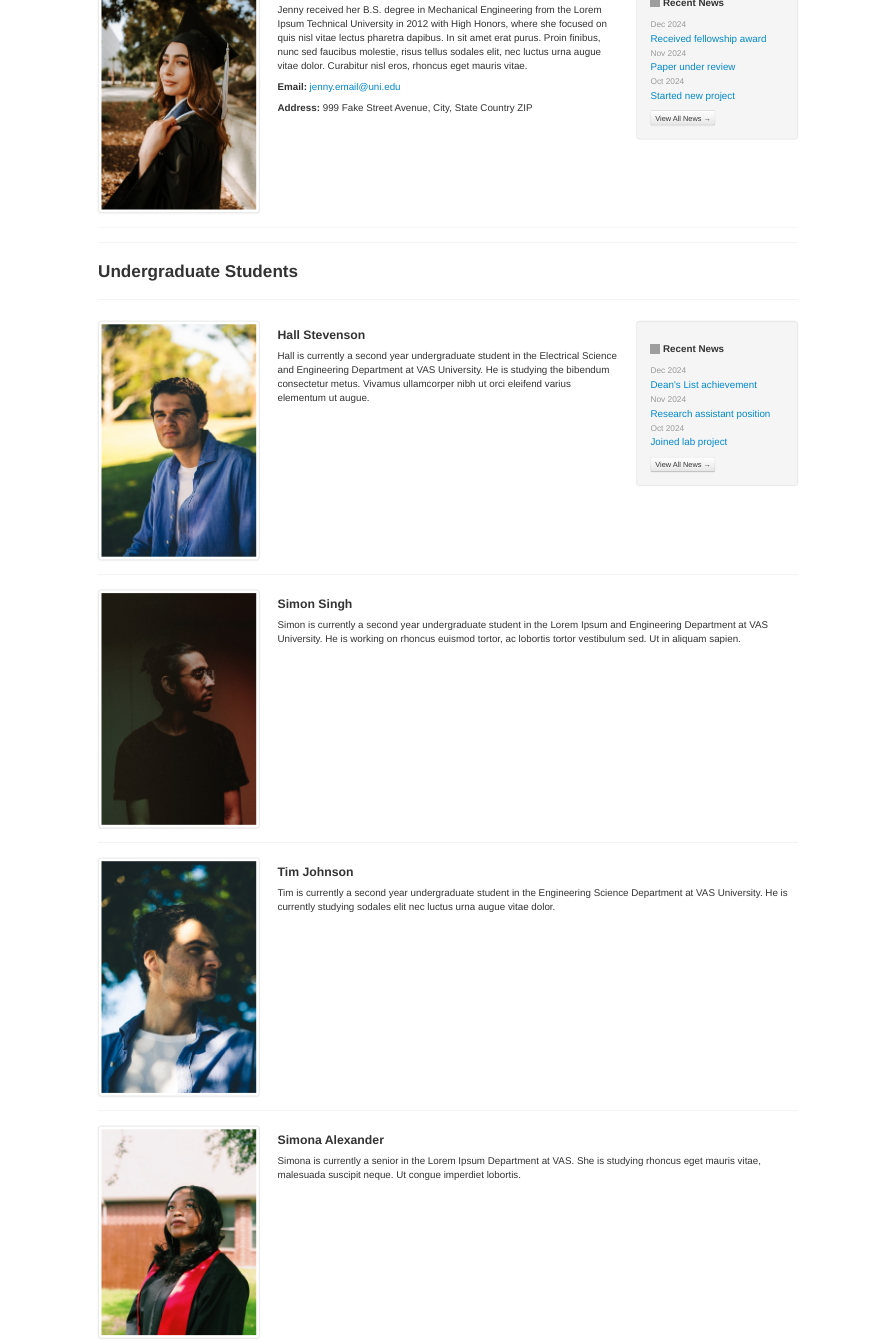
Repository: IAEUC/iaeuc.github.io
Page: people.html
An editor plug-in stored every save of this project. The page is shown before and after the next save, followed by the edit.
The browser window is 1280 px wide. The pictures show the part of the page from y = 1655 to 3575 px (the page is 5319 px tall), at 70% of full size.
Pictures or frames that could not be fetched are drawn as grey boxes.

Above is the page before, as saved 2025-08-07 17:49:29.

### people.html
<!DOCTYPE html>
<html lang="en">
   <head>
      <meta charset="utf-8">
      <title>People</title>
      <meta name="viewport" content="width=device-width, initial-scale=1.0">
      <meta name="description" content="Research Lab, Home, Velit Aliquet Sagittis University">
      <meta name="author" content="">
      <!-- Le styles -->
      <link href="css/bootstrap.min.css" rel="stylesheet">
      <link href="css/bootstrap-responsive.min.css" rel="stylesheet">
      <link href="css/theme.css" rel="stylesheet">
   </head>
   <body>
      <div class="container">
         <header class="jumbotron subhead" id="overview">
            <p class="lead"> Velit Aliquet Sagittis University </p>
            <h1>Experimental Research Lab</h1>
         </header>
         <div class="masthead">
            <div class="navbar">
               <div class="navbar-inner">
                  <div class="container">
                     <ul class="nav">
                        <li><a href="index.html">Home</a></li>
                        <li class="dropdown active">
                           <a href="#" class="dropdown-toggle" data-toggle="dropdown">People <b class="caret"></b></a>
                           <ul class="dropdown-menu">
                              <li><a href="people.html">All People</a></li>
                              <li><a href="people.html#principalinvestigator">Principal Investigator</a></li>
                              <li><a href="people.html#graduate">Graduate Students</a></li>
                              <li><a href="people.html#undergraduate">Undergraduate Students</a></li>
                           </ul>
                        </li>
                        <li><a href="research.html">Research</a></li>
                        <li><a href="publications.html">Publications</a></li>
                        <li><a href="gallery.html">Gallery</a></li>
                        <li><a href="news.html">News</a></li>
                        <li><a href="teaching.html">Teaching</a></li>
                        <li><a href="contact.html">Contact</a></li>
                     </ul>
                  </div>
               </div>
            </div>
         </div>
         <hr>
         <div class="row-fluid">

            <div class="span12">
               <section id="principalinvestigator">
                  <div class="page-header">
                     <h3>Principal Investigator</h3>
                  </div>
                  <div class="row-fluid">
                     <div class="span3">
                        <a href="https://unsplash.com/photos/aCZ2hiC-iDk" class="thumbnail">
                        <img src="thumbs/prof-photo2.jpg" alt="Joe Smith"/>
                        </a>
                     </div>
                     <div class="span6">
                        <h4>Joe Smith</h4>
                        <p>Assistant Professor of Science and Engineering</p>
                        <p>Ph.D. in Mechanical Engineering, Lorem Ipsum, 2013<br/>M.S. in Mechanical Engineering, HRV, 2011<br/>BASc in Engineering, University of Lorem Ipsum, 2009</p>
                        <p><b>Phone: </b>(999) 999-9999 </p>
                        <p><b>Email: </b><a href="mailto:your.email@uni.edu">your.email@uni.edu</a></p>
                        <p><b>Address: </b>999 Fake Street Avenue, City, State Country ZIP</p>
                        <p><b><a href="https://www.myperfectcv.co.uk/cv-examples/chemistry-lab-technician-cv-sample">CV</a>, <a href="http://scholar.google.com">Google Scholar</a>, <a href="https://www.linkedin.com">Linkedin</a>, <a href="http://www.researchgate.net">ResearchGate</a></b></p>
                     </div>
                     <div class="span3">
                        <div class="well">
                           <h5><i class="icon-bullhorn"></i> Recent News</h5>
                           <ul class="unstyled">
                              <li>
                                 <small class="muted">Dec 2024</small><br/>
                                 <a href="#" class="small">Published new research on lizard communication</a>
                              </li>
                              <li>
                                 <small class="muted">Nov 2024</small><br/>
                                 <a href="#" class="small">Received NSF Research Grant</a>
                              </li>
                              <li>
                                 <small class="muted">Oct 2024</small><br/>
                                 <a href="#" class="small">Presented at International Conference</a>
                              </li>
                              <li>
                                 <small class="muted">Sep 2024</small><br/>
                                 <a href="#" class="small">Featured in Nature Magazine</a>
                              </li>
                           </ul>
                           <a href="news.html" class="btn btn-mini">View All News →</a>
                        </div>
                     </div>
                  </div>
               </section>
               <hr>
               <section id="graduate">
                  <div class="page-header">
                     <h3>Graduate Students</h3>
                  </div>
                  <div class="row-fluid">
                     <div class="span3">
                        <a href="https://unsplash.com/photos/aaaGLiTRqkg" class="thumbnail">
                        <img src="thumbs/jane-carmona.jpg" alt="Jane Carmona"/>
                        </a>
                     </div>
                     <div class="span6">
                        <h4><a href="https://unsplash.com/photos/aaaGLiTRqkg">Jane Carmona</a></h4>
                        <p>Jane received her B.E. in Mechanical Engineering from the Lorem Ipsum University of Lorem Ipsum in 2015 with High Honors. Her current research focuses on metus libero, eleifend sit amet pretium et, porta ac urna. Suspendisse ullamcorper mollis ligula et fermentum. .</p>
                        <p><b>Email: </b><a href="mailto:jane.email@uni.edu">jane.email@uni.edu</a></p>
                        <p><b>Address: </b>999 Fake Street Avenue, City, State Country ZIP</p>
                     </div>
                     <div class="span3">
                        <div class="well">
                           <h5><i class="icon-bullhorn"></i> Recent News</h5>
                           <ul class="unstyled">
                              <li>
                                 <small class="muted">Dec 2024</small><br/>
                                 <a href="#" class="small">Completed thesis defense</a>
                              </li>
                              <li>
                                 <small class="muted">Nov 2024</small><br/>
                                 <a href="#" class="small">Won Best Paper Award</a>
                              </li>
                              <li>
                                 <small class="muted">Oct 2024</small><br/>
                                 <a href="#" class="small">Published in top journal</a>
                              </li>
                           </ul>
                           <a href="news.html" class="btn btn-mini">View All News →</a>
                        </div>
                     </div>
                  </div>
                  <hr>
                  <div class="row-fluid">
                     <div class="span3">
                        <a href="https://unsplash.com/photos/LUdelQ2EO2g" class="thumbnail">
                        <img src="thumbs/ronny-sison.jpg" alt="Ronny Simon"/>
                        </a>
                     </div>
                     <div class="span6">
                        <h4><a href="https://unsplash.com/photos/LUdelQ2EO2g">Ronny Simon</a></h4>
                        <p>Ronny received his B.Tech in Electrical Engineering from the Lorem Ipsum Institute of Technology. His current research focuses on ullamcorper nibh ut orci eleifend varius elementum ut augue. Proin ornare, arcu et efficitur laoreet, purus ante dictum leo, vel pulvinar velit leo sed nunc. </p>
                        <p><b>Email: </b><a href="mailto:ronny.email@uni.edu">ronny.email@uni.edu</a></p>
                        <p><b>Address: </b>999 Fake Street Avenue, City, State Country ZIP</p>
                     </div>
                     <div class="span3">
                        <div class="well">
                           <h5><i class="icon-bullhorn"></i> Recent News</h5>
                           <ul class="unstyled">
                              <li>
                                 <small class="muted">Dec 2024</small><br/>
                                 <a href="#" class="small">Research breakthrough published</a>
                              </li>
                              <li>
                                 <small class="muted">Nov 2024</small><br/>
                                 <a href="#" class="small">Conference presentation</a>
                              </li>
                              <li>
                                 <small class="muted">Oct 2024</small><br/>
                                 <a href="#" class="small">Lab collaboration started</a>
                              </li>
                           </ul>
                           <a href="news.html" class="btn btn-mini">View All News →</a>
                        </div>
                     </div>
                  </div>
                  <hr>
                  <div class="row-fluid">
                     <div class="span3">
                        <a href="https://unsplash.com/photos/nomivMNW07o" class="thumbnail">
                        <img src="thumbs/graduate-1.jpg" alt="Jenny Lopez"/>
                        </a>
                     </div>
                     <div class="span6">
                        <h4><a href="https://unsplash.com/photos/nomivMNW07o">Jenny Lopez</a></h4>
                        <p>Jenny received her B.S. degree in Mechanical Engineering from the Lorem Ipsum Technical University in 2012 with High Honors, where she focused on quis nisl vitae lectus pharetra dapibus. In sit amet erat purus. Proin finibus, nunc sed faucibus molestie, risus tellus sodales elit, nec luctus urna augue vitae dolor. Curabitur nisl eros, rhoncus eget mauris vitae.</p>
                        <p><b>Email: </b><a href="mailto:jenny.email@uni.edu">jenny.email@uni.edu</a></p>
                        <p><b>Address: </b>999 Fake Street Avenue, City, State Country ZIP</p>
                     </div>
                     <div class="span3">
                        <div class="well">
                           <h5><i class="icon-bullhorn"></i> Recent News</h5>
                           <ul class="unstyled">
                              <li>
                                 <small class="muted">Dec 2024</small><br/>
                                 <a href="#" class="small">Received fellowship award</a>
                              </li>
                              <li>
                                 <small class="muted">Nov 2024</small><br/>
                                 <a href="#" class="small">Paper under review</a>
                              </li>
                              <li>
                                 <small class="muted">Oct 2024</small><br/>
                                 <a href="#" class="small">Started new project</a>
                              </li>
                           </ul>
                           <a href="news.html" class="btn btn-mini">View All News →</a>
                        </div>
                     </div>
                  </div>
                  <hr>
               </section>
               <hr>
               <section id="undergraduate">
                  <div class="page-header">
                     <h3>Undergraduate Students</h3>
                  </div>
                  <div class="row-fluid">
                     <div class="span3">
                        <a href="https://unsplash.com/photos/unr5ZqXXvqU" class="thumbnail">
                        <img src="thumbs/undergrad-1.jpg" alt="Hall Stevenson"/>
                        </a>
                     </div>
                     <div class="span6">
                        <h4>Hall Stevenson</h4>
                        <p>Hall is currently a second year undergraduate student in the Electrical Science and Engineering Department at VAS University. He is studying the bibendum consectetur metus. Vivamus ullamcorper nibh ut orci eleifend varius elementum ut augue.</p>
                     </div>
                     <div class="span3">
                        <div class="well">
                           <h5><i class="icon-bullhorn"></i> Recent News</h5>
                           <ul class="unstyled">
                              <li>
                                 <small class="muted">Dec 2024</small><br/>
                                 <a href="#" class="small">Dean's List achievement</a>
                              </li>
                              <li>
                                 <small class="muted">Nov 2024</small><br/>
                                 <a href="#" class="small">Research assistant position</a>
                              </li>
                              <li>
                                 <small class="muted">Oct 2024</small><br/>
                                 <a href="#" class="small">Joined lab project</a>
                              </li>
                           </ul>
                           <a href="news.html" class="btn btn-mini">View All News →</a>
                        </div>
                     </div>
                  </div>
                  <hr>
                  <div class="row-fluid">
                     <div class="span3">
                        <a href="https://unsplash.com/photos/GIy2ly37Kw8" class="thumbnail">
                        <img src="thumbs/graduate-2.jpg" alt="Simon Singh"/>
                        </a>
                     </div>
                     <div class="span9">
                        <h4>Simon Singh</h4>
                        <p>Simon is currently a second year undergraduate student in the Lorem Ipsum and Engineering Department at VAS University. He is working on rhoncus euismod tortor, ac lobortis tortor vestibulum sed. Ut in aliquam sapien. </p>
                     </div>
                  </div>
                  <hr>
                  <div class="row-fluid">
                     <div class="span3">
                        <a href="https://unsplash.com/photos/dju4--IW7Qw" class="thumbnail">
                        <img src="thumbs/graduate-3.jpg" alt="Tim Johnson"/>
                        </a>
                     </div>
                     <div class="span9">
                        <h4>Tim Johnson</h4>
                        <p>Tim is currently a second year undergraduate student in the Engineering Science Department at VAS University. He is currently studying sodales elit nec luctus urna augue vitae dolor. </p>
                     </div>
                  </div>
                  <hr>
                  <div class="row-fluid">
                     <div class="span3">
                        <a href="https://unsplash.com/photos/lEMHg4RFTW8" class="thumbnail">
                        <img src="thumbs/graduate-4.jpg" alt="Simona Alexander"/>
                        </a>
                     </div>
                     <div class="span9">
                        <h4>Simona Alexander</h4>
                        <p>Simona is currently a senior in the Lorem Ipsum Department at VAS. She is studying rhoncus eget mauris vitae, malesuada suscipit neque. Ut congue imperdiet lobortis. </p>
                     </div>
                  </div>
                  <hr>
                  <div class="row-fluid">
                     <div class="span3">
                        <a href="https://unsplash.com/photos/Nyt7CeiNXQw" class="thumbnail">
                        <img src="thumbs/graduate-5.jpg" alt="Zahima Sari"/>
                        </a>
                     </div>
                     <div class="span9">
                        <h4>Zahima Sari</h4>
                        <p>Zahima is currently a third year undergraduate student in the Lorem Ipsum Engineering Department at VAS. She is modling the dynamics tincidunt, odio non suscipit condimentum, neque diam viverra risus, vel tincidunt elit massa eu nulla. </p>
                     </div>
                  </div>
                  <hr>
                  <div class="row-fluid">
                     <div class="span3">
                        <a href="https://unsplash.com/photos/fNZfMhyd8Hs" class="thumbnail">
                        <img src="thumbs/graduate-6.jpg" alt="Alissa Zhi"/>
                        </a>
                     </div>
                     <div class="span9">
                        <h4>Alissa Zhi</h4>
                        <p>Alissa is currently a first year undergraduate student in the Science and Engineering Department at VAS. She is studying techniques to improve tempus pellentesque ex, et sollicitudin nunc faucibus vel. Suspendisse condimentum feugiat arcu, vitae pretium enim tempus eget.</p>
                     </div>
                  </div>
                  <hr>
                  <div class="row-fluid">
                     <div class="span3">
                        <a href="https://unsplash.com/photos/WC7KIHo13Fc" class="thumbnail">
                        <img src="thumbs/graduate-7.jpg" alt="David Tohm"/>
                        </a>
                     </div>
                     <div class="span9">
                        <h4>David Tohm</h4>
                        <p>David is currently a third year undergraduate student in the Science and Engineering Department at VAS. He is studying dui diam, pellentesque vel ullamcorper non, dictum eu tellus.</p>
                     </div>
                  </div>
                  <hr>
                  <div class="row-fluid">
                     <div class="span3">
                        <a href="https://unsplash.com/photos/APmln0DMSac" class="thumbnail">
                        <img src="thumbs/graduate-8.jpg" alt="Jessica Smith"/>
                        </a>
                     </div>
                     <div class="span9">
                        <h4>Jessica Smith</h4>
                        <p>Jessica is currently a second year undergraduate student in the Mechanical Engineering Department at VAS. She is studying Fusce et ullamcorper sapien. Integer tristique magna sed tellus faucibus imperdiet facilisis et quam.</p>
                     </div>
                  </div>
               </section>
            </div>
         </div>
      </div>
      <footer id="footer">
         <div class="container-fluid">
            <div class="row-fluid">
               <div class="span5">
                  <h3>Contact Information</h3>
                  <p><b>Office Hours: </b>Monday-Friday (8.00am - 5.00pm)</p>
                  <p><b>Phone: </b>999-999-9999</p>
                  <p><b>Cell: </b>999-999-9999</p>
                  <a href="mailto:your.email@uni.edu">Email</a>
               </div>
               <div class="span2">
                  <a href="https://mybrandnewlogo.com/"><img src = "thumbs/generic-logo.JPG" alt="research-lab-logo"/></a>
               </div>
               <div class="span5">
                  <h3>Address</h3>
                  <p>9999 Generic Research Laboratory<br>
                     999 Fake Street Avenue<br>
                     City, State<br>
                     Country ZIP
                  </p>
                  <a href="http://maps.google.com/">Show Map</a>
               </div>
            </div>
         </div>
      </footer>

      <!-- Le javascript
         ================================================== -->
      <!-- Placed at the end of the document so the pages load faster -->
      <script src="js/jquery-1.9.1.min.js"></script>
      <script src="js/bootstrap.min.js"></script>
      <script>
         $(document).ready(function() {
             $(document.body).scrollspy({
                 target: "#navparent"
             });
         });

      </script>
   </body>
</html>

Loaded but not shown: css/bootstrap.min.css (library); css/bootstrap-responsive.min.css (library); js/jquery-1.9.1.min.js (library); js/bootstrap.min.js (library); css/theme.css (552 lines, source omitted)

After the next save:
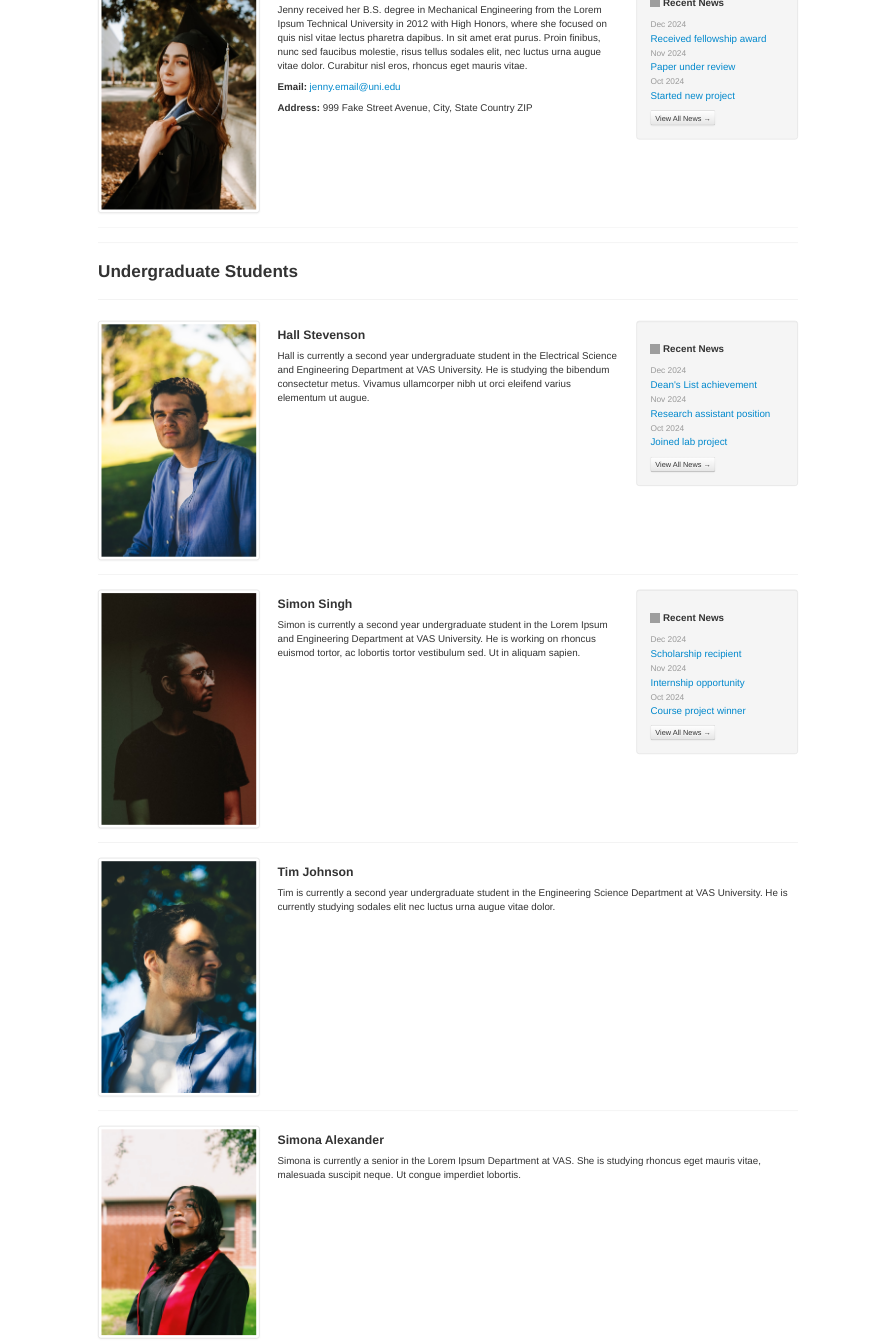
Saved 15 s later.
--- a/people.html
+++ b/people.html
@@ -243,9 +243,29 @@
                         <img src="thumbs/graduate-2.jpg" alt="Simon Singh"/>
                         </a>
                      </div>
-                     <div class="span9">
+                     <div class="span6">
                         <h4>Simon Singh</h4>
                         <p>Simon is currently a second year undergraduate student in the Lorem Ipsum and Engineering Department at VAS University. He is working on rhoncus euismod tortor, ac lobortis tortor vestibulum sed. Ut in aliquam sapien. </p>
+                     </div>
+                     <div class="span3">
+                        <div class="well">
+                           <h5><i class="icon-bullhorn"></i> Recent News</h5>
+                           <ul class="unstyled">
+                              <li>
+                                 <small class="muted">Dec 2024</small><br/>
+                                 <a href="#" class="small">Scholarship recipient</a>
+                              </li>
+                              <li>
+                                 <small class="muted">Nov 2024</small><br/>
+                                 <a href="#" class="small">Internship opportunity</a>
+                              </li>
+                              <li>
+                                 <small class="muted">Oct 2024</small><br/>
+                                 <a href="#" class="small">Course project winner</a>
+                              </li>
+                           </ul>
+                           <a href="news.html" class="btn btn-mini">View All News →</a>
+                        </div>
                      </div>
                   </div>
                   <hr>
